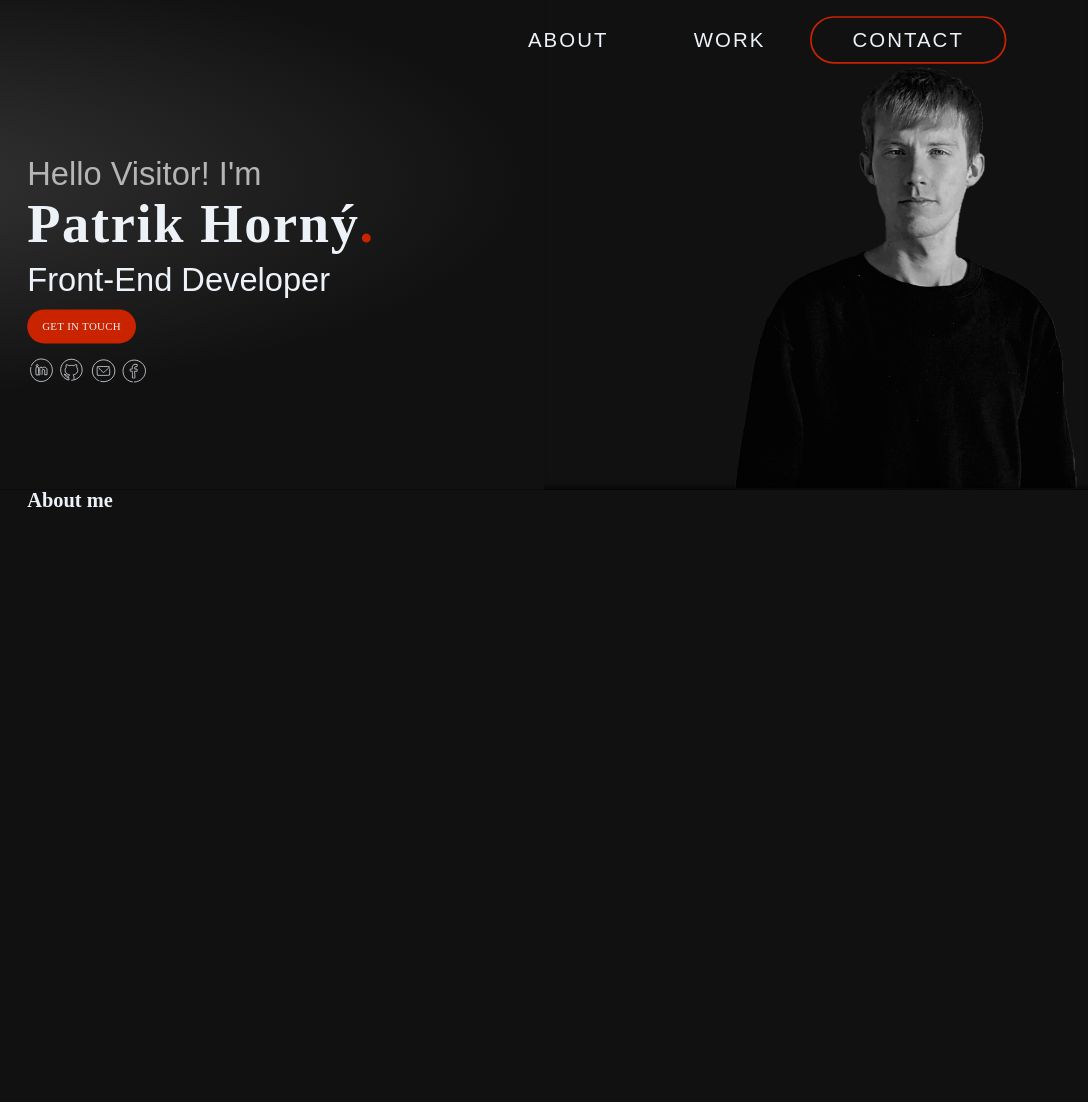
Repository: Spreceriany/portfolio
Page: index.html
These files come from the project's save history. The page is drawn as it stood at one moment and after the next save; the edit follows.
The browser window is 1280 px wide. The pictures show the whole page, at 85% of full size.
Some web fonts or font styles are not loaded; a fallback is used. The style sheet was rebuilt from its Sass, Less or Tailwind sources for each picture, by a compiler version that may differ from the author's.

Above is the page before, as saved 2021-03-08 12:09:40.

### index.html
<!DOCTYPE html>
<html lang="en">

<head>
    <meta charset="UTF-8">
    <meta http-equiv="X-UA-Compatible" content="IE=edge">
    <meta name="viewport" content="width=device-width, initial-scale=1.0">
    <title>Patrik Horny | Portfolio</title>
    <link rel="stylesheet" href="css/style.css">
    <link rel="preconnect" href="https://fonts.gstatic.com">
    <link href="https://fonts.googleapis.com/css2?family=Asul&family=Chivo:wght@900&display=swap" rel="stylesheet">
</head>

<body>
    <header>
        <nav>
            <ul>
                <li><a href="#">About</a></li>
                <li><a href="#">Work</a></li>
                <li><a href="#">Contact</a></li>
            </ul>
            <div class="burger">
                <div class="line1"></div>
                <div class="line2"></div>
                <div class="line3"></div>
            </div>
        </nav>
    </header>

    <main>
        <section class="hero">
            <div class="hero__left-col">
                <p class="gray">Hello Visitor! I'm</p>
                <h1>Patrik Horný<span class="orange">.</span></h1>
                <p>Front-End Developer</p>
                <a href="#" class="btn">Get in touch</a>
                <ul>
                    <li><a href="#">
                        <?xml version="1.0" ?><svg height="256px" id="Layer_1" version="1.1" viewBox="0 0 256 256" width="256px" xml:space="preserve" xmlns="http://www.w3.org/2000/svg" xmlns:xlink="http://www.w3.org/1999/xlink"><path class="st0" d="M34.367,105.308c-15.255,58.994,21.499,118.714,77.309,130.865c54.491,11.864,108.741-24.931,122.132-78.209  c13.576-54.011-18.103-112.414-72.055-127.246C77.289,8.035,39.505,84.527,39.501,88.37"/><path class="st0" d="M106.662,168.972c-0.36-21.051,0.978-61.432-0.945-63.422  c-1.923-1.99-17.046-7.923-19.883-12.471c-2.838-4.548-2.011-13.662,8.126-13.674s11.419,8.666,8.78,14.31  c-2.64,5.644-17.584,9.811-19.288,12.105c-1.704,2.294-2.429,68.28,0,69.899c2.429,1.619,32.926,1.484,35.624-0.54  c2.699-2.024-3.374-67.47,0-69.09s17.407-1.889,19.162-1.079c1.754,0.81,0.675,7.692,1.889,8.366  c1.214,0.675,10.171-11.177,24.289-9.446c10.46,1.282,19.837,10.121,21.321,18.892s0.899,34.545,0.54,51.817  c-7.197,0.27-14.394,0.675-21.59,0.945c-0.27-14.574,1.08-33.6-0.81-43.586c-1.889-9.986-22.328-9.849-22.13,0  s1.619,43.586-2.699,43.451" id="linkedin"/></svg>
                    </a></li>
                    <li><a href="#">
                        <?xml version="1.0" ?><svg height="256px" id="Layer_2" version="1.1" viewBox="0 0 256 256" width="256px" xml:space="preserve" xmlns="http://www.w3.org/2000/svg" xmlns:xlink="http://www.w3.org/1999/xlink"><path class="st0" d="M128.1,222.073"/><path class="st0" d="M130.164,226.986c63.917-3.557,108.667-52.057,97.259-116.5c-9.288-52.47-60.722-87.613-112.739-80.577  C61.952,37.041,21.39,85.877,27.386,139.004c5.689,47.857,35.128,70.23,59.685,80.335c5.717,2.353,13.401,5.785,15.997,5.229  c2.596-0.556,1.763-14.95,1.763-21.889c-16,2.459-21.475-3.841-24.875-7.563c-3.857-4.222-6.125-8.563-10.063-14.938  s-11.063-4.875-11.813-8.563s15-2.688,26.313,11.25c8.188,10.146,16.928,7.089,21.625,4.188c0.154-1.612,0.526-3.775,1.438-6.188  c0.967-2.557,3.625-4.104,3.208-5.854c-0.417-1.75-21.804-0.577-34-17.667c-8.809-12.344-9.129-26.955-5.667-37.833  c2.322-7.297,6.196-12.443,8.833-15.417c-1.011-2.162-2.513-6.109-2.583-11.25c-0.076-5.549,1.554-9.796,2.583-12  c3.492,0.104,8.54,0.644,14.25,2.667c5.469,1.937,9.593,4.542,12.333,6.583c4.975-1.671,12.218-3.489,21.083-3.667  c10.135-0.203,18.344,1.819,23.667,3.583c2.616-2.336,6.987-5.648,13.167-7.917c4.489-1.648,8.518-2.229,11.5-2.417  c1.143,2.165,3.075,6.519,3.167,12.332c0.085,5.351-1.426,9.47-2.416,11.664c2.867,3.459,7.394,9.875,9.502,18.995  c0.751,3.249,4.857,20.981-6.996,36.24c-12.408,15.974-33.06,13.524-33.992,15.73c-0.932,2.206,3.964,6.297,6.266,14.877  c2.302,8.58,1.327,24.979,1.327,24.979"/></svg>
                    </a></li>
                    <li><a href="#">
                        <?xml version="1.0" ?><svg height="256px" id="Layer_3" version="1.1" viewBox="0 0 256 256" width="256px" xml:space="preserve" xmlns="http://www.w3.org/2000/svg" xmlns:xlink="http://www.w3.org/1999/xlink"><path class="st0" d="M90.122,111.336c4.814,10.698,40.475,41.901,43.863,42.08s58.662-49.39,57.057-52.778  S79.246,96.18,76.214,99.568c-3.031,3.388-1.962,78.097,0.713,80.237s111.083,2.318,113.401-1.426  c2.318-3.744,4.814-57.414,1.783-60.623"/><path class="st0" d="M108.268,237.352c59.036,15.089,118.653-21.832,130.648-77.676c11.711-54.524-25.236-108.671-78.551-121.912  C106.315,24.34,48.002,56.183,33.321,110.176c-22.447,84.527,54.151,122.097,57.994,122.09"/></svg>
                    </a></li>
                    <li><a href="#">
                        <?xml version="1.0" ?><svg height="256px" id="Layer_1" version="1.1" viewBox="0 0 256 256" width="256px" xml:space="preserve" xmlns="http://www.w3.org/2000/svg" xmlns:xlink="http://www.w3.org/1999/xlink"><g><path class="st0" d="M118.489,204.01c0.668-30.724-0.583-59.627-0.514-61.433c0.099-2.572-16.945,1.061-19.046-1.053   c-2.101-2.114-3.309-18.205-0.521-19.591s15.355,1.129,18.007-0.526c2.652-1.655-11.513-55.269,46.601-43.421   c1.589,0.795-0.132,18.732-1.059,20.122c-0.927,1.39-12.708-1.787-19.062,3.177c-6.354,4.964-3.707,18.664-2.383,19.591   c1.324,0.927,20.188,0.198,21.445,1.589s1.456,18.798,0,20.122c-1.456,1.324-20.819-2.41-22.769-1.058   c-1.606,1.113,4.224,60.038,2.558,62.373c-1.666,2.335-7.731,2.133-11.56,2.226"/><path class="st0" d="M136.577,243.358c60.912-1.648,108.145-53.478,104.395-110.472c-3.662-55.647-54.02-97.612-108.923-95.753   C76.39,39.017,29.02,85.605,29.68,141.555c1.549,87.443,85.505,102.61,89.2,101.551"/></g></svg>
                    </a></li>
                </ul>
            </div>
            <div class="hero__right-col">
                <img src="./img/my_photo.png" alt="my-photo">
            </div>
        </section>

        <section class="about">
            <div class="about__left-col">
                <h2>About me</h2>
            </div>
        </section>
    </main>


    <script src="js/script.js"></script>

</body>

</html>

### css/style.scss
body {
  font-family: "Asul", "Chivo", sans-serif;
}

* {
  box-sizing: border-box;
  margin: 0;
  padding: 0;
}

$white-ish: #edf2f8;
$orange: #c92300;
$gray: #b5b5b5;

.orange {
  color: $orange;
}

.gray {
  color: $gray;
}

header {
  width: 100%;

  margin: 0 auto;
  min-height: 13vh;
  position: absolute;
  top: 0;
  left: 0;
  right: 0;
  display: flex;
  justify-content: flex-end;
  nav {
    min-height: 10vh;
    display: flex;
    align-items: center;
    top: 0;
    right: 0;
    .burger {
      cursor: pointer;
      margin-right: 2em;
      @media (min-width: 996px) {
        display: none;
      }
      div {
        background-color: $orange;
        margin: .3em;
        transition: transform 500ms ease, opacity 500ms ease, width 500ms ease;
        &:nth-child(1) {
          width: 1.5em;
          height: .15em;
        }
        &:nth-child(2) {
          width: 1em;
          height: .15em;
        }

        &:nth-child(3) {
          width: .6em;
          height: .15em;
        }
      }
    }
    ul {
      margin-left: auto;
      display: none;
      @media (min-width: 992px) {
        display: block;
      }

      li {
        display: inline-block;
        padding: 0.5em 2em;
        font-size: 1.5rem;
        text-transform: uppercase;
        cursor: pointer;

        &:last-of-type {
          border: 2px solid $orange;
          border-radius: 9999px;
          background-image: linear-gradient($orange, $orange);
          background-position: 50% 50%;
          background-repeat: no-repeat;
          background-size: 0% 100%;
          transition: background-size 0.3s;
          margin-right: 4em;
          &:hover {
            background-size: 100% 100%;
          }
        }

        &:not(:last-child) a:hover {
          color: $orange;
        }
        a {
          width: 100%;
          text-decoration: none;
          color: $white-ish;
          letter-spacing: 0.1em;
          transition: color 0.3s ease-out;
        }
      }
    }
  }
}

main {
  margin: 0 auto;
  background-color: black;
}

.btn {
  background-color: $orange;
  padding: 1em 0.7em;
  color: $white-ish;
  border-radius: 9999px;
  width: 10em;
  flex-shrink: 0;
  text-align: center;
  text-decoration: none;
  text-transform: uppercase;
  font-family: "Chivo";
  letter-spacing: 0.03em;
  margin: 1em 0;
  font-size: 0.8rem;
  &:hover {
    background-color: transparent;
  }
}

.hero {
  width: 100%;

  margin: 0 auto;
  min-height: 80vh;
  background: radial-gradient(
    59.93% 44.1% at -11.63% 36.77%,
    #343434 0%,
    #111111 100%
  );
  display: grid;
  align-items: center;
  justify-content: center;
  color: $white-ish;
  grid-template-columns: 1fr;

  @media (min-width: 556px) {
    grid-template-columns: 1fr 1fr;
  }

  svg {
    width: 100%;
    height: 100%;
    fill: none;
    stroke: #edf2f8;
    stroke-width: 7;
    stroke-linecap: round;
    stroke-linejoin: round;
    stroke-miterlimit: 10;
    transition: stroke 0.3s, transform 0.3s ease-in;
    &:hover {
      stroke: $orange !important;
      transform: translateY(-2px);
    }
  }

  &__left-col {
    display: flex;
    flex-direction: column;
    padding-left: 2em;
    padding-top: 4em;
    ul {
      list-style-type: none;
      li {
        display: inline-flex;
        width: 2em;
        img {
          width: 100%;
        }
      }
    }

    p {
      font-size: clamp(1rem, 3vw, 2.5rem);
    }

    h1 {
      font-size: clamp(2rem, 5vw, 6rem);
      margin-bottom: 0.1em;
      letter-spacing: 0.03em;
      font-family: 'Chivo';
    }
  }

  &__right-col {
    position: relative;
    height: 100%;
    &::after{
      content: '';
      position: absolute;
      width: 100%;
      height: 100%;
      bottom: 0;
      left: 0;
      box-shadow: inset 0 -10px 10px -10px #000000;

    }
    img {
      position: absolute;
      width: 70%;
      right: 0;
      bottom: 0;
    }
  }
}

.about{
  width: 100%;
  height: 100vh;
  background-color: #111111;
  color: $white-ish;
  &__left-col{
    padding-left:2em ;
    h2{
      font-family: 'Chivo';
    }
  }
}

Loaded but not shown: js/script.js (no copy from this time; the picture is the same without it)

After the next save:
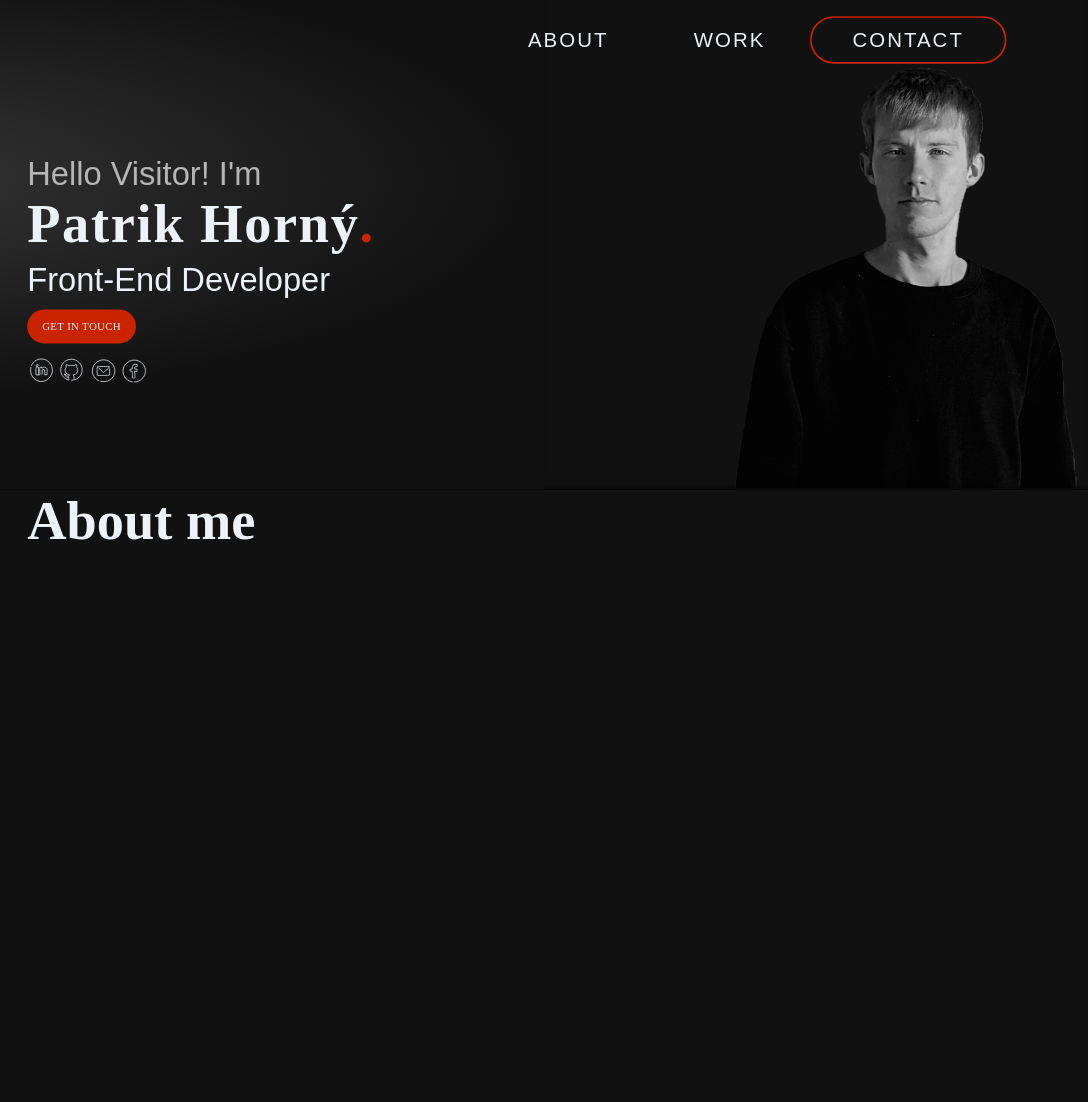
Saved 36 s later.
--- a/css/style.scss
+++ b/css/style.scss
@@ -224,6 +224,7 @@ main {
     padding-left:2em ;
     h2{
       font-family: 'Chivo';
-    }
-  }
-}
+       font-size: clamp(2rem, 5vw, 6rem);
+    }
+  }
+}
